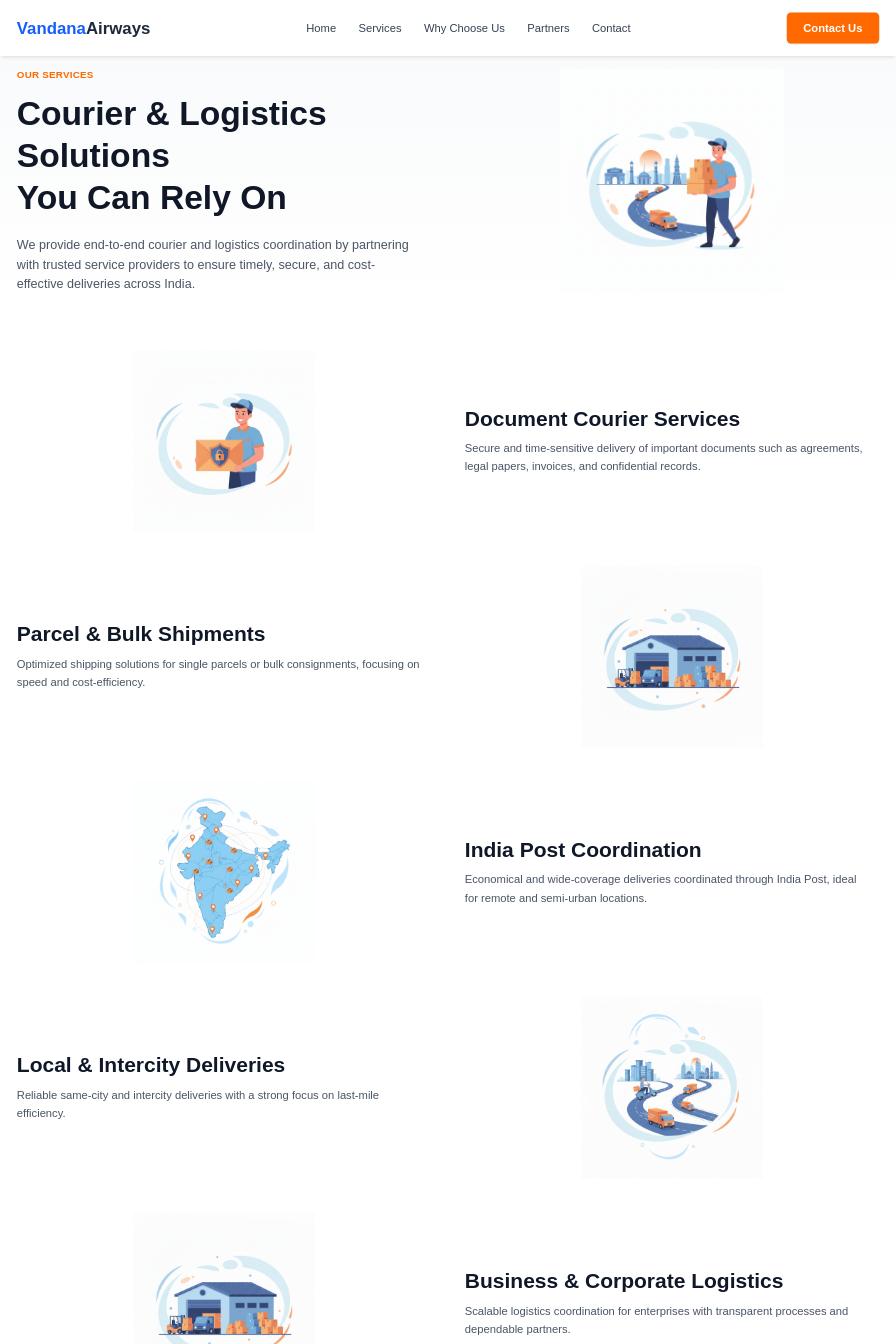
Repository: Rohit-foryou/Courier-Portfolio
Page: /services
These files come from the project's save history. The page is drawn as it stood at one moment and after the next save; the edit follows.
The browser window is 1280 px wide. The pictures show the part of the page from y = 0 to 1920 px (the page is 3908 px tall before and 3956 px after), at 70% of full size.
The project was rebuilt for these pictures with package versions that can differ from the ones it lists, and the page was loaded fresh each time. The framework's server and built-in components were replaced by stand-ins that run in the browser. Also part of the build but not shown: next.config.ts.

Above is the page before, as saved 2026-02-10 01:11:39.

After the next save:
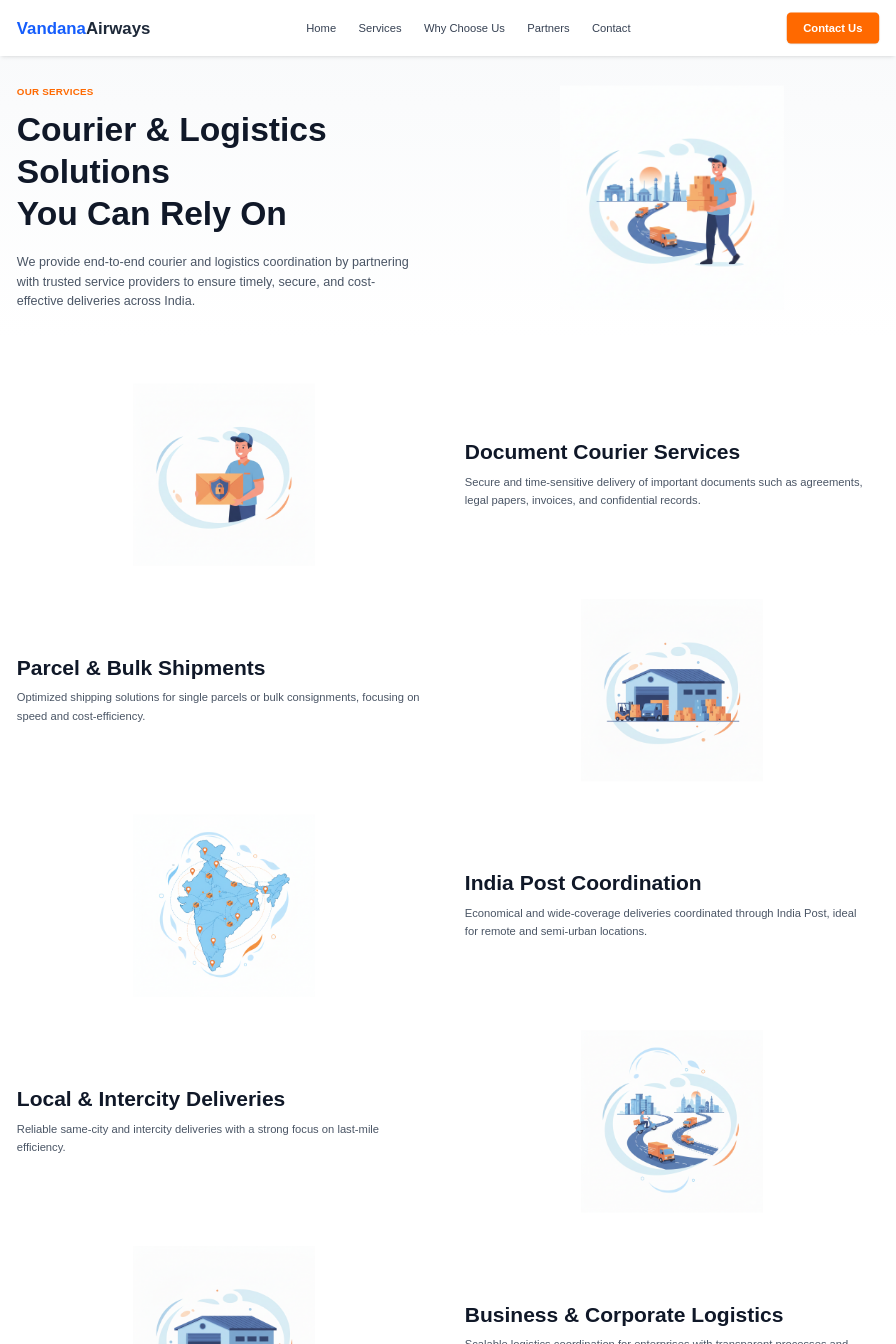
Saved 6 s later.
--- a/app/services/page.tsx
+++ b/app/services/page.tsx
@@ -38,7 +38,7 @@
   return (
     <>
       {/* HERO */}
-      <section className="bg-gradient-to-b from-gray-50 to-white py-4">
+      <section className="bg-gradient-to-b from-gray-50 to-white py-10">
         <div className="max-w-7xl mx-auto px-6 grid grid-cols-1 md:grid-cols-2 gap-12 items-center">
           <div>
             <p className="text-sm font-semibold text-orange-500 uppercase tracking-wide">
